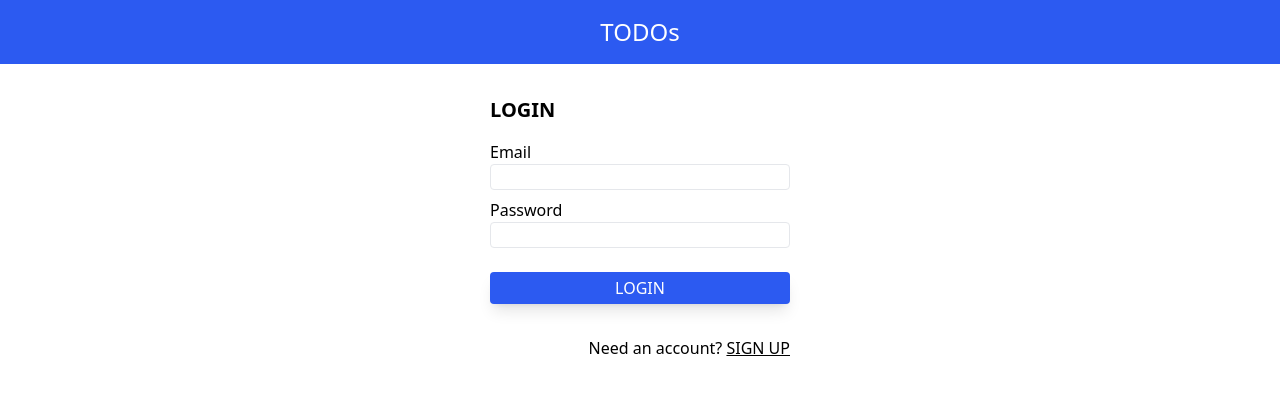
Repository: Jay-JYKim91/wanted-pre-onboarding-challenge-fe-1
Page: /auth
These files come from the project's save history. The page is drawn as it stood at one moment and after the next save; the edit follows.
The browser window is 1280 px wide. The pictures show the whole page.
The project was rebuilt for these pictures with package versions that can differ from the ones it lists, and the page was loaded fresh each time. Also part of the build but not shown: src/page/Index.tsx.

Above is the page before, as saved 2022-08-01 22:00:05.

### src/index.tsx
import React from "react"
import ReactDOM from "react-dom/client"
import "./index.css"
import App from "./App"
import { BrowserRouter } from "react-router-dom"

const root = ReactDOM.createRoot(document.getElementById("root") as HTMLElement)
root.render(
  <React.StrictMode>
    <BrowserRouter>
      <App />
    </BrowserRouter>
  </React.StrictMode>
)

### src/App.tsx
import React, { useEffect } from "react"
import { Route, Routes, useNavigate } from "react-router-dom"
import Auth from "./page/Auth"
import Index from "./page/Index"

function App() {
  const navigate = useNavigate()

  useEffect(() => {
    const userToken = window.localStorage.getItem("userToken")
    if (userToken === "") {
      window.alert("Please login first.")
      navigate("/auth")
    }
  }, [])

  return (
    <div className="App">
      <header className="bg-primary-900 text-white text-center py-4 text-2xl">
        <span>TODOs</span>
      </header>
      <Routes>
        <Route path="/" element={<Index />} />
        <Route path="/auth" element={<Auth />} />
      </Routes>
    </div>
  )
}

export default App

### src/page/Auth.tsx
import React, { useEffect, useState } from "react"
import { useNavigate } from "react-router-dom"

type logInOrSignUp = "logIn" | "signUp"

function Auth() {
  const [logInOrSignUp, setLogInOrSignUp] = useState<logInOrSignUp>("logIn")
  const [emailInput, setEmailInput] = useState("")
  const [passwordInput, setPasswordInput] = useState("")
  const navigate = useNavigate()

  useEffect(() => {
    setEmailInput("")
    setPasswordInput("")
  }, [logInOrSignUp])

  function handleSubmit(event: React.FormEvent<HTMLFormElement>) {
    event.preventDefault()

    const emailRegex = /^[\w-\.]+@([\w-]+\.)+[\w-]{2,4}$/g

    if (!emailRegex.test(emailInput)) {
      window.alert("Please enter an email address.")
    } else {
      handleLogInOrSignUp()
    }
  }

  function handleLogInOrSignUp() {
    const data = {
      email: emailInput,
      password: passwordInput,
    }

    console.log(data)

    if (logInOrSignUp === "logIn") {
      fetch("http://localhost:8080/users/login", {
        method: "POST",
        headers: { "Content-Type": "application/json" },
        body: JSON.stringify(data),
      })
        .then((response) => response.json())
        .then((res) => {
          console.log(res)

          if (res.details === "로그인에 실패했습니다") {
            window.alert("Invalid email or password.")
          } else if (res.message === "성공적으로 로그인 했습니다") {
            window.localStorage.setItem("userToken", res.token)
            navigate("/")
          }
        })
    } else if (logInOrSignUp === "signUp") {
      fetch("http://localhost:8080/users/create", {
        method: "POST",
        headers: { "Content-Type": "application/json" },
        body: JSON.stringify(data),
      })
        .then((response) => response.json())
        .then((res) => {
          console.log(res)
          if (res.details === "이미 존재하는 유저입니다") {
            window.alert("This email address is already registered.")
          } else if (res.message === "계정이 성공적으로 생성되었습니다") {
            window.alert("Thanks for signing up. You can login now.")

            setLogInOrSignUp("logIn")
          }
        })
    }
  }

  return (
    <div>
      {/* <button onClick={test}>API Connection Test</button> */}
      <div className="max-w-[300px] m-auto my-8">
        <h1 className="font-bold text-xl uppercase">{logInOrSignUp}</h1>
        <form className="my-4" onSubmit={(event) => handleSubmit(event)}>
          <div className="flex flex-col mb-2">
            <label htmlFor="emailForLogin">Email</label>
            <input
              type="email"
              id="emailForLogin"
              className="border rounded"
              value={emailInput}
              onChange={(event) => setEmailInput(event.target.value)}
              required
            />
          </div>
          <div className="flex flex-col mb-2">
            <label htmlFor="passwordForLogin">Password</label>
            <input
              type="password"
              id="passwordForLogin"
              className="border rounded"
              value={passwordInput}
              onChange={(event) => setPasswordInput(event.target.value)}
              minLength={8}
              required
            />
          </div>
          <button
            type="submit"
            className="w-full py-1 my-4 uppercase rounded bg-primary-900 text-white shadow-lg"
          >
            {logInOrSignUp}
          </button>
        </form>
        {logInOrSignUp === "logIn" ? (
          <p className="text-right">
            Need an account?{" "}
            <button
              type="button"
              className="underline"
              onClick={() => setLogInOrSignUp("signUp")}
            >
              SIGN UP
            </button>
          </p>
        ) : (
          <p className="text-right">
            Already a user?{" "}
            <button
              type="button"
              className="underline"
              onClick={() => setLogInOrSignUp("logIn")}
            >
              LOGIN
            </button>
          </p>
        )}
      </div>
    </div>
  )
}

export default Auth

### tailwind.config.js
/** @type {import('tailwindcss').Config} */
module.exports = {
  content: [
    "./src/**/*.{js,jsx,ts,tsx}",
  ],
  theme: {
    extend: {
      colors: {
        'primary': {
          100: '#47dfbc',
          500: '#428afe',
          900: '#2c5af1',
        }
      },
    },
  },
  plugins: [],
}

Loaded but not shown: public/index.html (common file); src/index.css (common file)

After the next save:
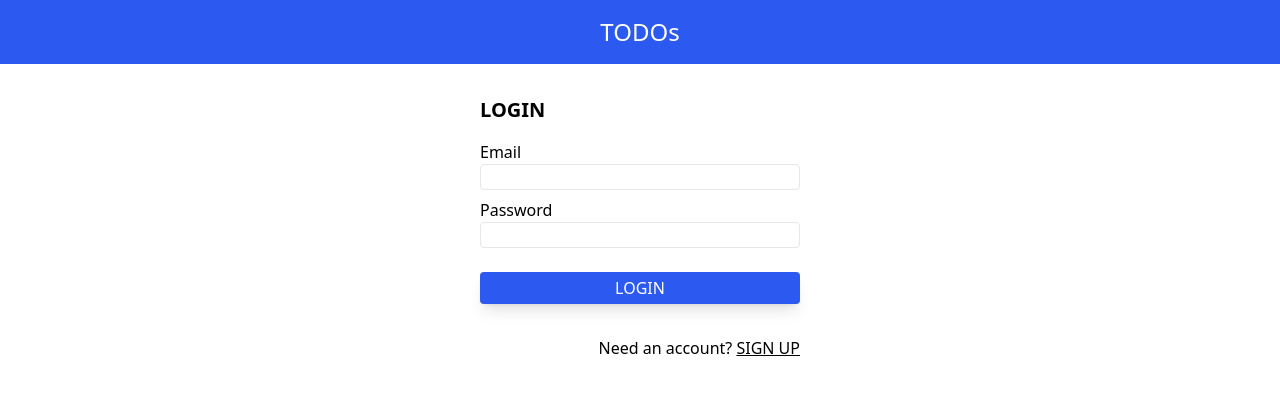
Saved 2 min 1 s later.
--- a/src/page/Auth.tsx
+++ b/src/page/Auth.tsx
@@ -64,7 +64,6 @@ function Auth() {
             window.alert("This email address is already registered.")
           } else if (res.message === "계정이 성공적으로 생성되었습니다") {
             window.alert("Thanks for signing up. You can login now.")
-
             setLogInOrSignUp("logIn")
           }
         })
@@ -73,8 +72,7 @@ function Auth() {
 
   return (
     <div>
-      {/* <button onClick={test}>API Connection Test</button> */}
-      <div className="max-w-[300px] m-auto my-8">
+      <div className="max-w-xs m-auto my-8">
         <h1 className="font-bold text-xl uppercase">{logInOrSignUp}</h1>
         <form className="my-4" onSubmit={(event) => handleSubmit(event)}>
           <div className="flex flex-col mb-2">
